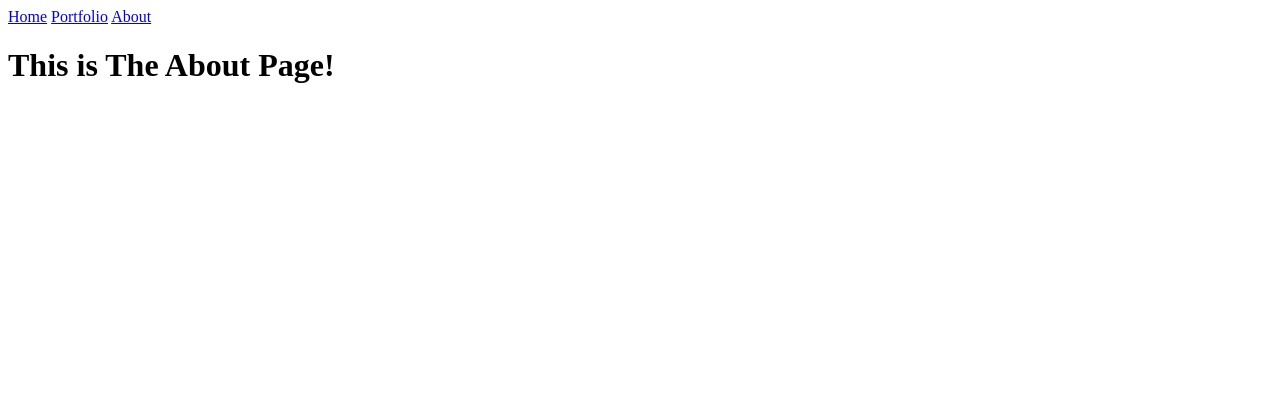
Repository: umana661/umana661.github.io
Page: my_website/about_me.html
The author's editor kept a record of every edit. The page is drawn from the files as they stood at one moment, then again after the next edit.
The browser window is 1280 px wide. The pictures show the whole page.

Above is the page before.

### my_website/about_me.html
<!doctype html>
	<html lang="en">
	  <head>
	    <meta charset="utf-8">
	    <title>Portfolio</title>
	  </head>
	  <body>
    <a href="index.html">Home</a>
    <a href="portfolio.html">Portfolio</a>
    <a href="about.html">About</a>
    <h1>This is The About Page!</h1>
    <br>
    <a target="_blank" href="https://scratch.mit.edu">
    </a>
	  </body>
	</html>

After the next edit:
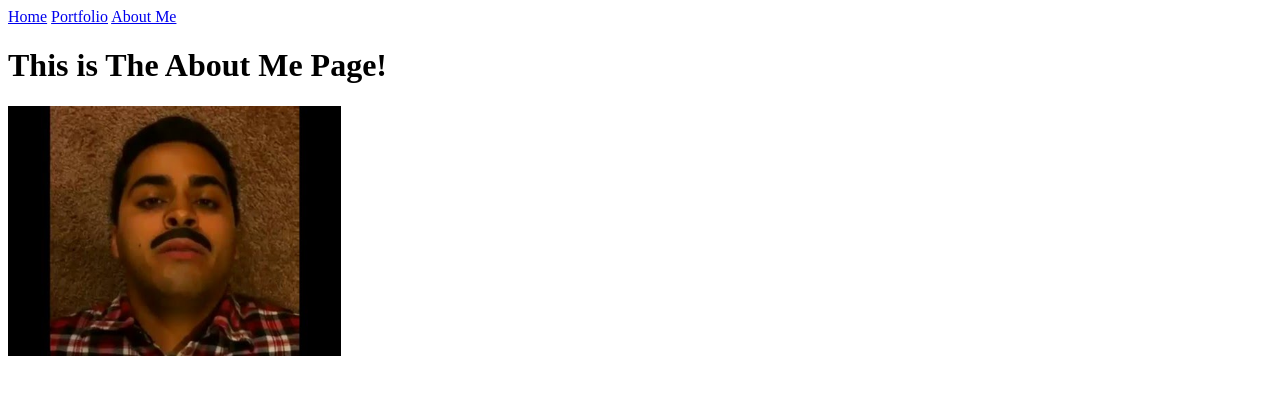
The edit:
--- a/my_website/about_me.html
+++ b/my_website/about_me.html
@@ -7,10 +7,10 @@
 	  <body>
     <a href="index.html">Home</a>
     <a href="portfolio.html">Portfolio</a>
-    <a href="about.html">About</a>
-    <h1>This is The About Page!</h1>
+    <a href="about_me.html">About Me</a>
+    <h1>This is The About Me Page!</h1>
+    <img src="images/Juan.jpg" height="250">
     <br>
-    <a target="_blank" href="https://scratch.mit.edu">
     </a>
 	  </body>
 	</html>
